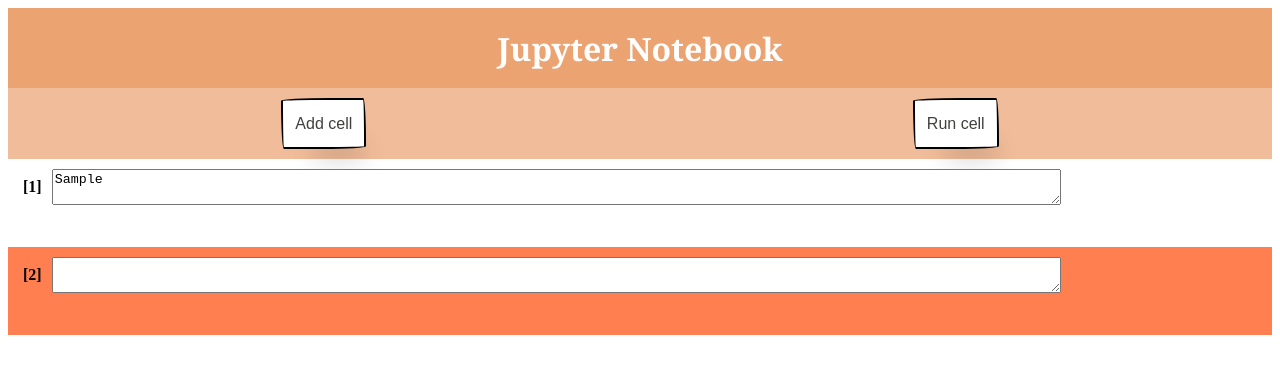
Repository: lingzi-liu/jupyter_notebook_prototype
Page: templates/index.html
An editor plug-in stored every save of this project. The page is shown before and after the next save, followed by the edit.
The browser window is 1280 px wide. The pictures show the whole page.
Empty fields were first filled with sample values (such as "Sample", 5 or name@example.com).
After loading, the first visible `#addCellButton` was clicked once.

Above is the page before, as saved 2022-11-13 03:25:35.

After the next save:
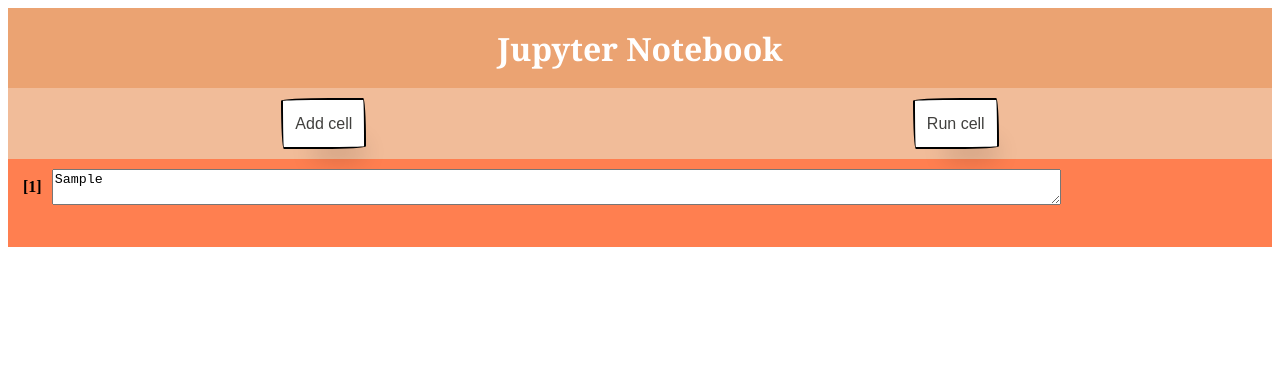
Console error: TypeError: Cannot read properties of null (reading 'insertAdjacentHTML')
Saved 2 min 20 s later.
--- a/static/scripts/script.js
+++ b/static/scripts/script.js
@@ -31,11 +31,13 @@
 
 function addCell() {
     maxCellNumber++;
-    document.getElementById("cell-list").insertAdjacentHTML('beforeend',
+    cellList = document.getElementById("cellList");
+
+    cellList.insertAdjacentHTML('beforeend',
         `<div class="cell" id="${maxCellNumber}" onclick="selecteCell(this)">
-    <h4>[${maxCellNumber}]</h4>
-    <textarea onkeyup="do_resize(this);"></textarea>
-    <p></p>
+            <h4>[${maxCellNumber}]</h4>
+            <textarea onkeyup="do_resize(this);"></textarea>
+            <p></p>
     </div>`);
     selecteCell(document.getElementById(maxCellNumber));
 }
